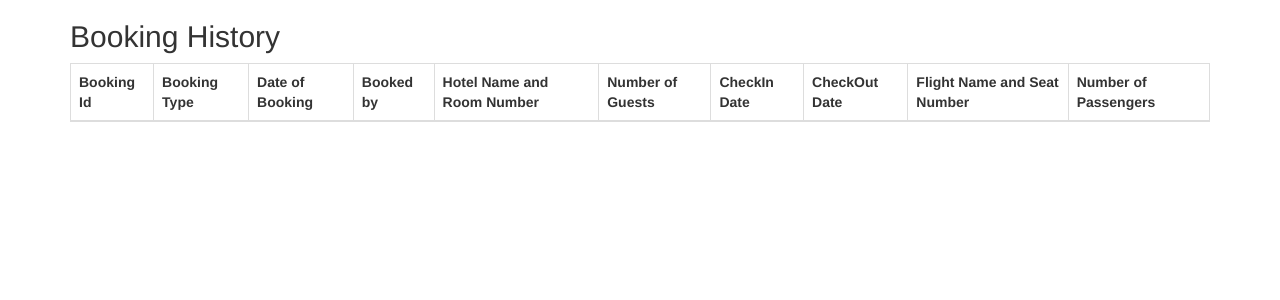
Repository: pparaska/Important
Page: http://localhost/website/WEB-INF/jsp/BookingList.jsp
The author's editor kept a copy of each file at every save. The page is drawn from the files as they stood at one save, then again after the next save.
The browser window is 1280 px wide. The pictures show the whole page.
The page is served by Tomcat 9. Nobody is signed in. The template is opened directly, without the code that normally fills it, so the values that code supplies are empty.

Above is the page before, as saved 2019-02-15 11:28:00.

After the next save:
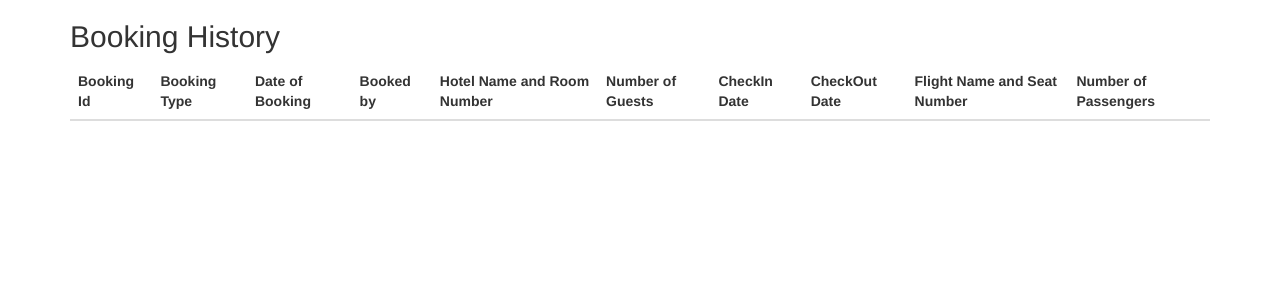
Saved 21 s later.
--- a/Tripweb/website/src/main/webapp/WEB-INF/jsp/BookingList.jsp
+++ b/Tripweb/website/src/main/webapp/WEB-INF/jsp/BookingList.jsp
@@ -36,7 +36,7 @@ Latest compiled JavaScript
 
 	<div class="container">
 		<h2>Booking History</h2>
-		<table class="table table-bordered table-dark">
+		<table class="table">
 			<thead>
 				<tr>
 					<th scope="col">Booking Id</th>
